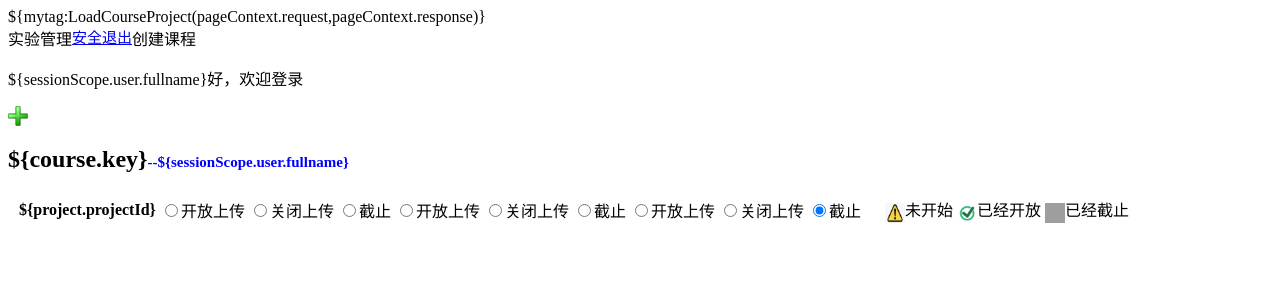
Repository: IAmJiangWenHao/ReportServer
Page: web/demo.html
The author's editor kept a copy of each file at every save. The page is drawn from the files as they stood at one save, then again after a run of saves.
The browser window is 1280 px wide. The pictures show the whole page.
Pictures or frames that could not be fetched are drawn as grey boxes.

Above is the page before, as saved 2023-05-19 17:53:03.
Console error: ReferenceError: requests is not defined

After the next 2 saves:
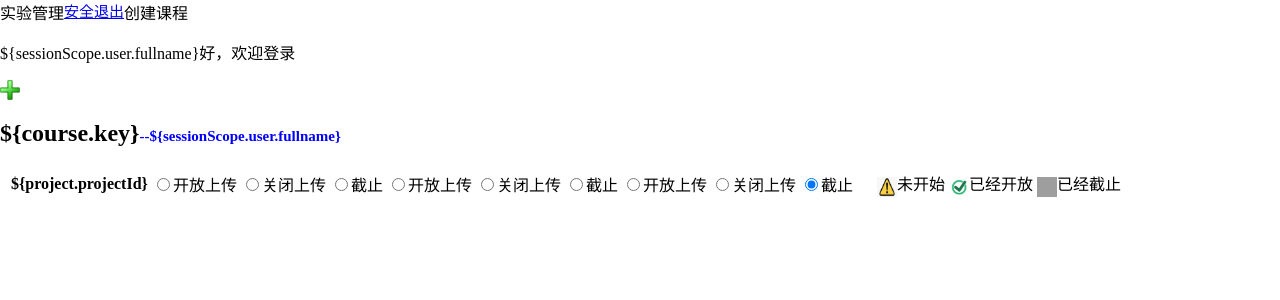
The 2 saves are shown as one change because they came seconds apart.
The last was saved 25 s later.
--- a/web/demo.html
+++ b/web/demo.html
@@ -27,8 +27,8 @@
 
   </head>
 
-  <body>
-    ${mytag:LoadCourseProject(pageContext.request,pageContext.response)}
+  <body style="margin: 0;">
+    <!-- ${mytag:LoadCourseProject(pageContext.request,pageContext.response)} -->
     <script>
 
       window.onload = function () {//Ajax实现更新项目状态
